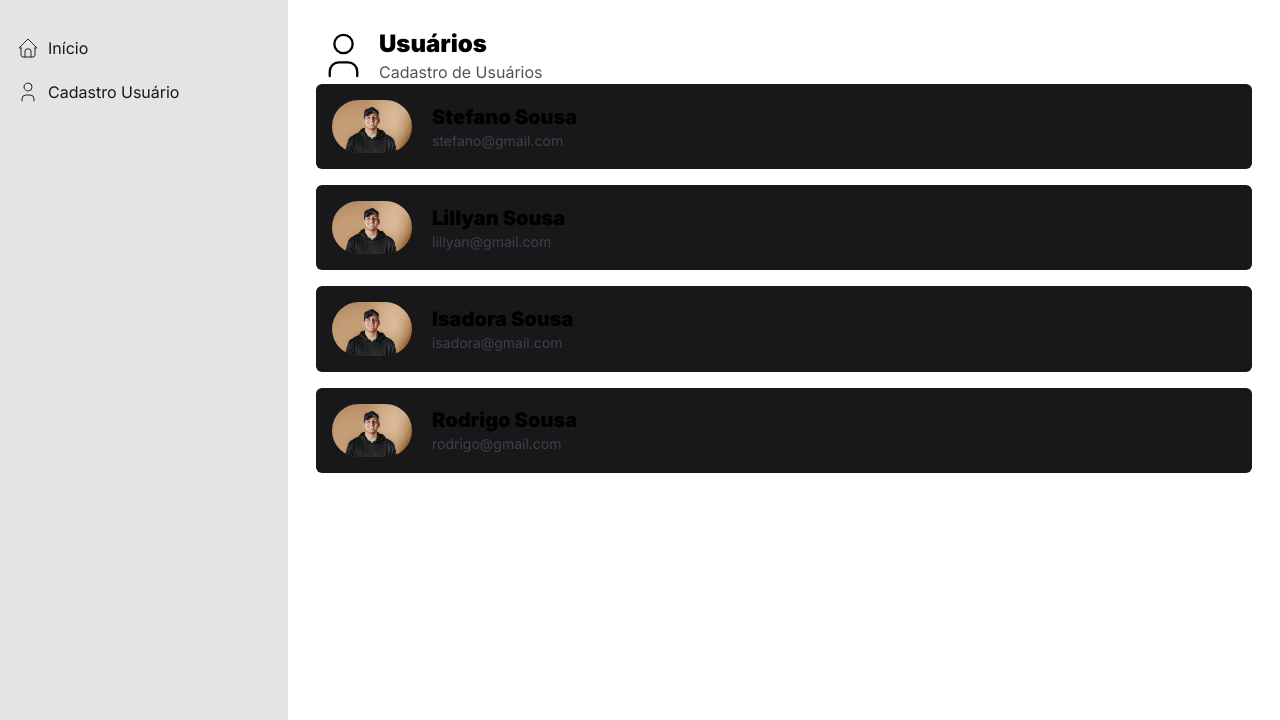
Repository: stefanosousaa/app-bd
Page: /usuarios
These files come from the project's save history. The page is drawn as it stood at one moment and after the next save; the edit follows.
The browser window is 1280 px wide. The pictures show the whole page.
The project was rebuilt for these pictures with package versions that can differ from the ones it lists, and the page was loaded fresh each time. The framework's server and built-in components were replaced by stand-ins that run in the browser. Also part of the build but not shown: next.config.mjs.

Above is the page before, as saved 2024-05-26 00:04:51.

After the next save:
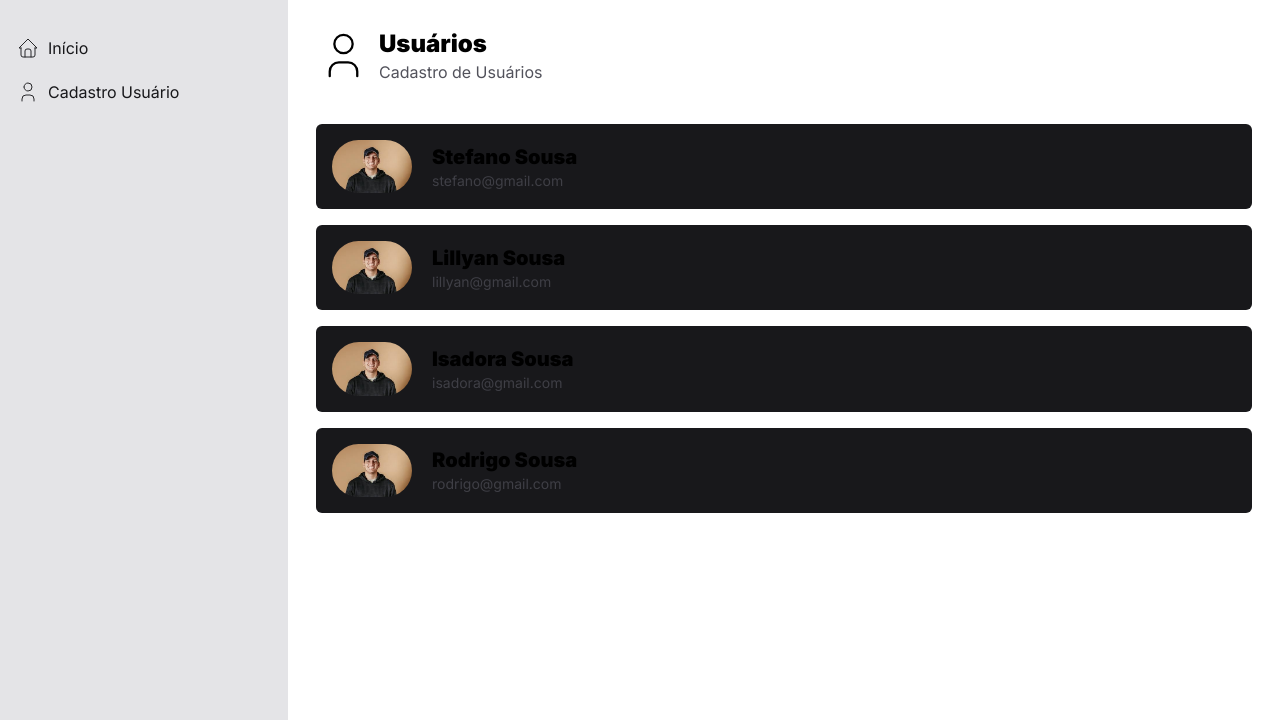
Saved 11 s later.
--- a/src/app/(internas)/usuarios/page.tsx
+++ b/src/app/(internas)/usuarios/page.tsx
@@ -6,7 +6,7 @@ import { IconUser } from "@tabler/icons-react";
 
 export default function Page(){
     return(
-        <Pagina className="flex flex-col">
+        <Pagina className="flex flex-col gap-10">
             <Titulo icone={IconUser} principal="Usuários" secundario="Cadastro de Usuários"/>
            <ListaUsuario/>
         </Pagina>
